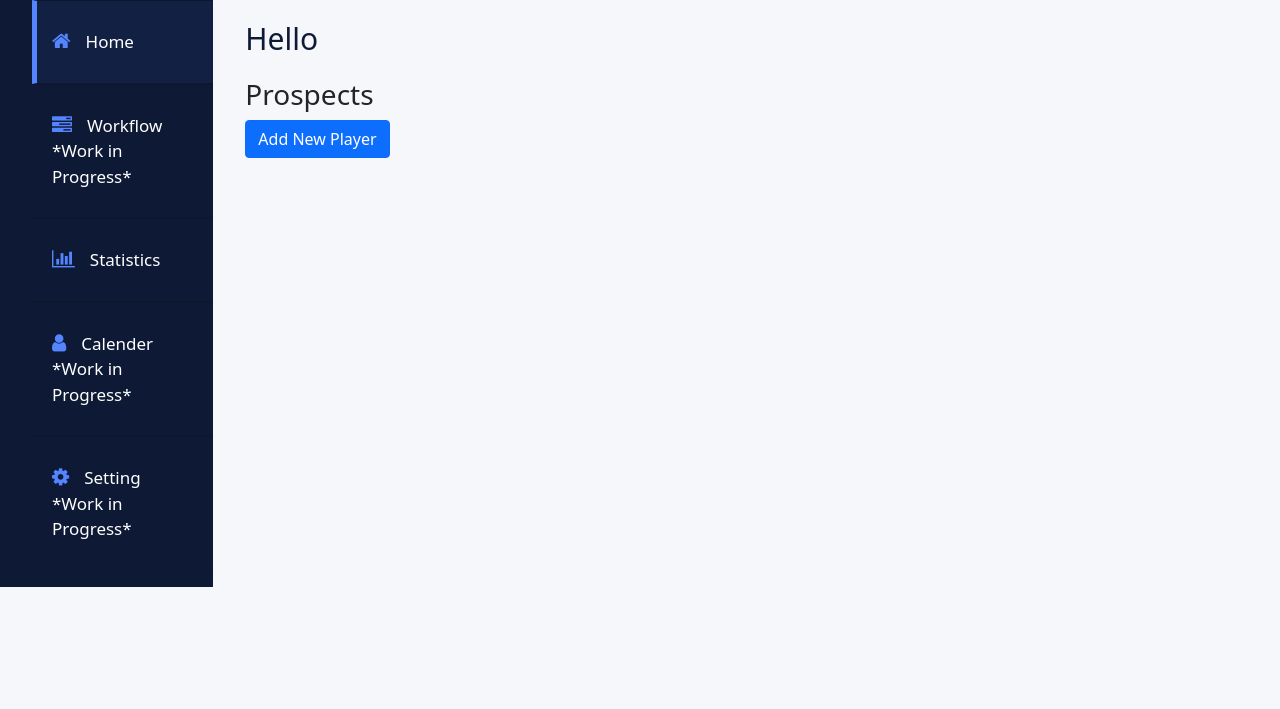
Repository: qfernandez/rangers-project
Page: http://localhost/main
The author's editor kept a record of every edit. The page is drawn from the files as they stood at one moment, then again after the next edit.
The browser window is 1280 px wide. The pictures show the whole page.
Some web libraries are served in a nearby version. The page is served by the project's Node server (app.js). Queries for data that is not in the repository find no rows.

Above is the page before.
Console error: ReferenceError: $ is not defined

After the next edit:
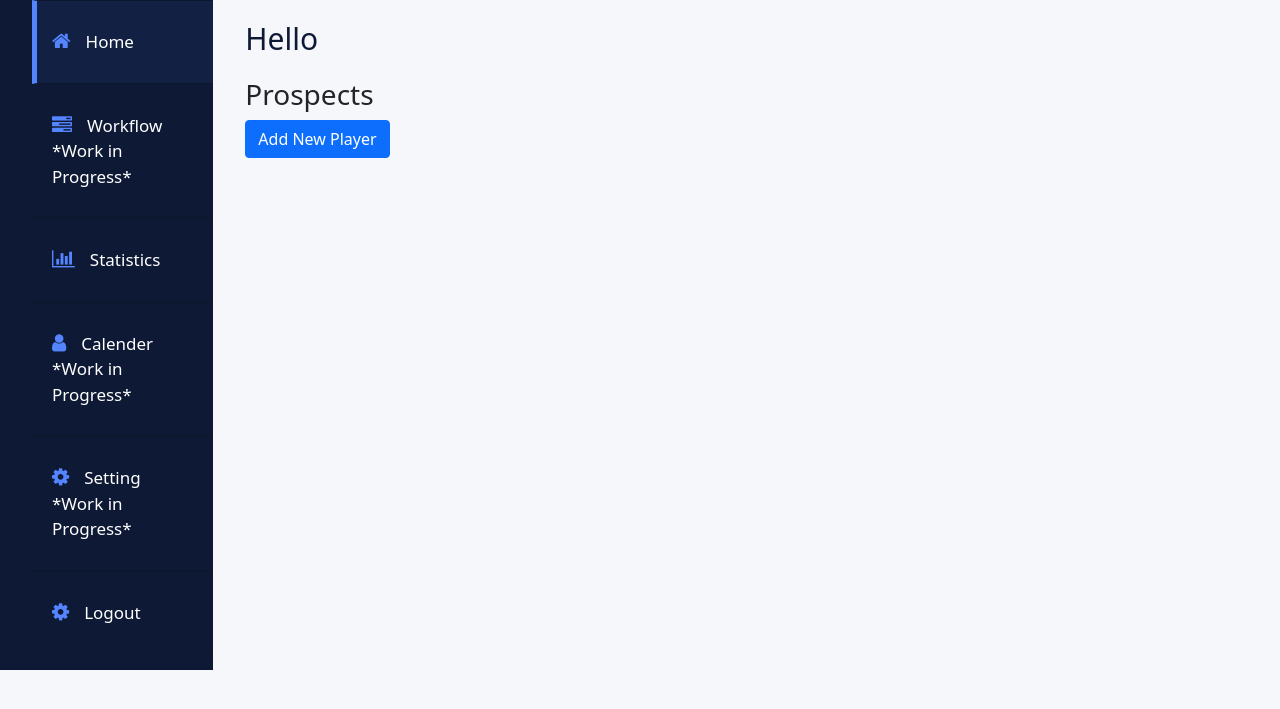
The edit:
--- a/views/partials/header.ejs
+++ b/views/partials/header.ejs
@@ -25,6 +25,7 @@
                             <li><a href="#"><i class="fa fa-bar-chart" aria-hidden="true"></i><span class="hidden-xs hidden-sm">Statistics</span></a></li>
                             <li><a href="/calendar"><i class="fa fa-user" aria-hidden="true"></i><span class="hidden-xs hidden-sm">Calender *Work in Progress*</span></a></li>
                             <li><a href="#"><i class="fa fa-cog" aria-hidden="true"></i><span class="hidden-xs hidden-sm">Setting *Work in Progress*</span></a></li>
+                            <li><a href="#"><i class="fa fa-cog" aria-hidden="true"></i><span class="hidden-xs hidden-sm">Logout</span></a></li>
                         </ul>
                     </div>
                 </div>
